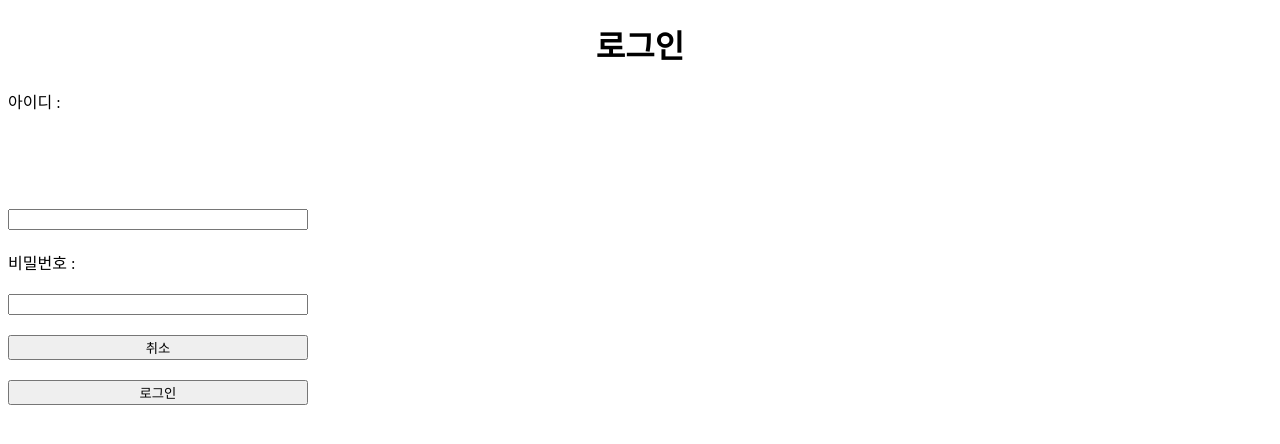
Repository: pvntlc/D-IT-Tech-Internship
Page: work_web/Day3_CMS/src/main/webapp/login.html
These files come from the project's save history. The page is drawn as it stood at one moment and after the next save; the edit follows.
The browser window is 1280 px wide. The pictures show the whole page.

Above is the page before, as saved 2023-09-11 01:38:15.

### work_web/Day3_CMS/src/main/webapp/login.html
<!DOCTYPE html>
<html lang="en">

<head>
	<meta charset="UTF-8">
	<meta name="viewport" content="width=device-width, initial-scale=1.0">
	<meta name="viewport" content="width=device-width, initial-scale=1.0">
	<title>로그인</title>

	<style>
		h1{
			text-align: center;
		}

		#container{
			width: 300px;
			display: grid;

			grid-template-columns: 1fr 2fx;
			grid-template-rows: minmax(100px, auto);
			grid-gap: 20px 30px;
		}
	</style>

</head>

<body>
	<h1>로그인</h1>
	<form method="get" action="main.do">
		<div id="container">
			<label for="userid">아이디 : </label><input type="text" id="userid" name="userid" />
			<label for="pw">비밀번호 : </label><input type="password" id="pw" name="pw" />
			<input type="reset" value="취소" /><input type="submit" value="로그인" />
		</div>
	</form>
</body>

</html>

After the next save:
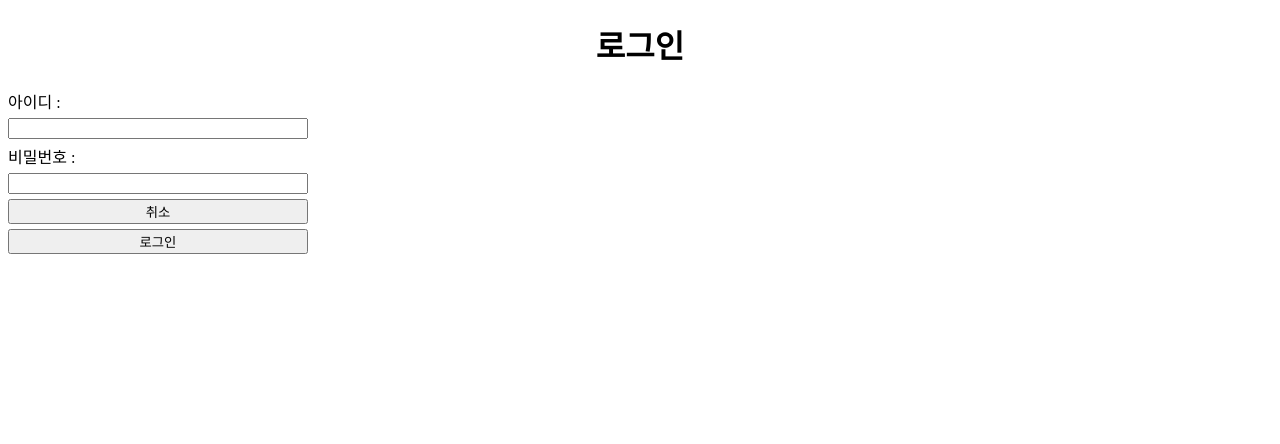
Saved 28 s later.
--- a/work_web/Day3_CMS/src/main/webapp/login.html
+++ b/work_web/Day3_CMS/src/main/webapp/login.html
@@ -17,8 +17,7 @@
 			display: grid;
 
 			grid-template-columns: 1fr 2fx;
-			grid-template-rows: minmax(100px, auto);
-			grid-gap: 20px 30px;
+			grid-gap: 5px 5px;
 		}
 	</style>
 
